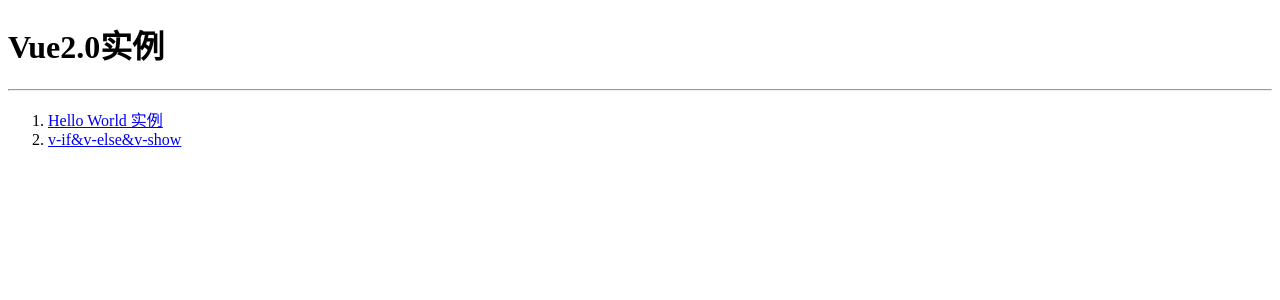
Repository: 13982720426/vue2.0-LearningNotes
Page: index.html
The author's editor kept a copy of each file at every save. The page is drawn from the files as they stood at one save, then again after the next save.
The browser window is 1280 px wide. The pictures show the whole page.

Above is the page before, as saved 2021-06-16 21:07:41.

After the next save:
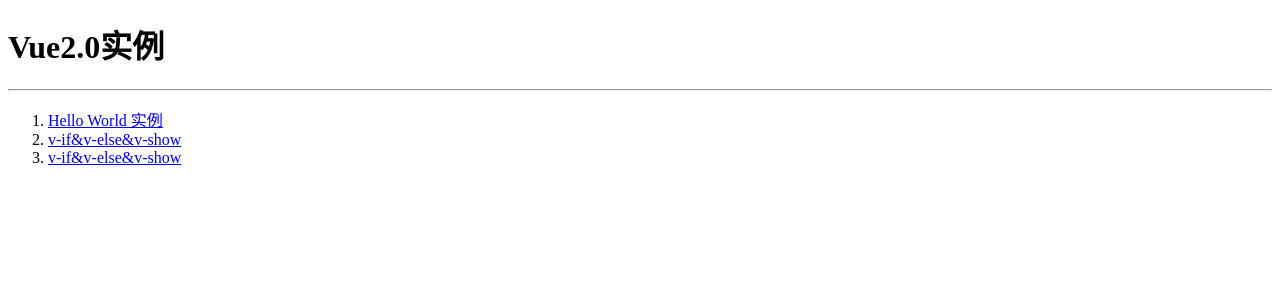
Saved 16 min 49 s later.
--- a/index.html
+++ b/index.html
@@ -12,6 +12,7 @@
     <ol>
       <li><a href="./example/helloworld.html">Hello World 实例</a></li>
       <li><a href="./example/v-if.html">v-if&v-else&v-show</a></li>
+      <li><a href="./example/v-if.html">v-if&v-else&v-show</a></li>
     </ol>
   </body>
 </html>

After the save that followed:
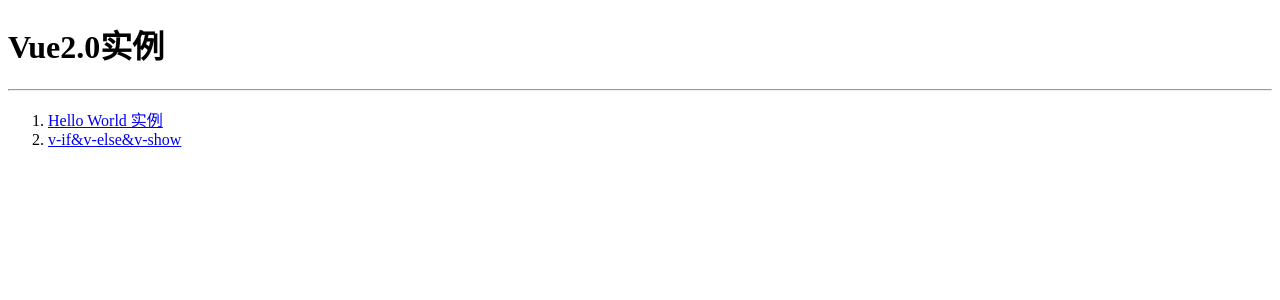
Saved 26 s later.
--- a/index.html
+++ b/index.html
@@ -12,7 +12,6 @@
     <ol>
       <li><a href="./example/helloworld.html">Hello World 实例</a></li>
       <li><a href="./example/v-if.html">v-if&v-else&v-show</a></li>
-      <li><a href="./example/v-if.html">v-if&v-else&v-show</a></li>
     </ol>
   </body>
 </html>
